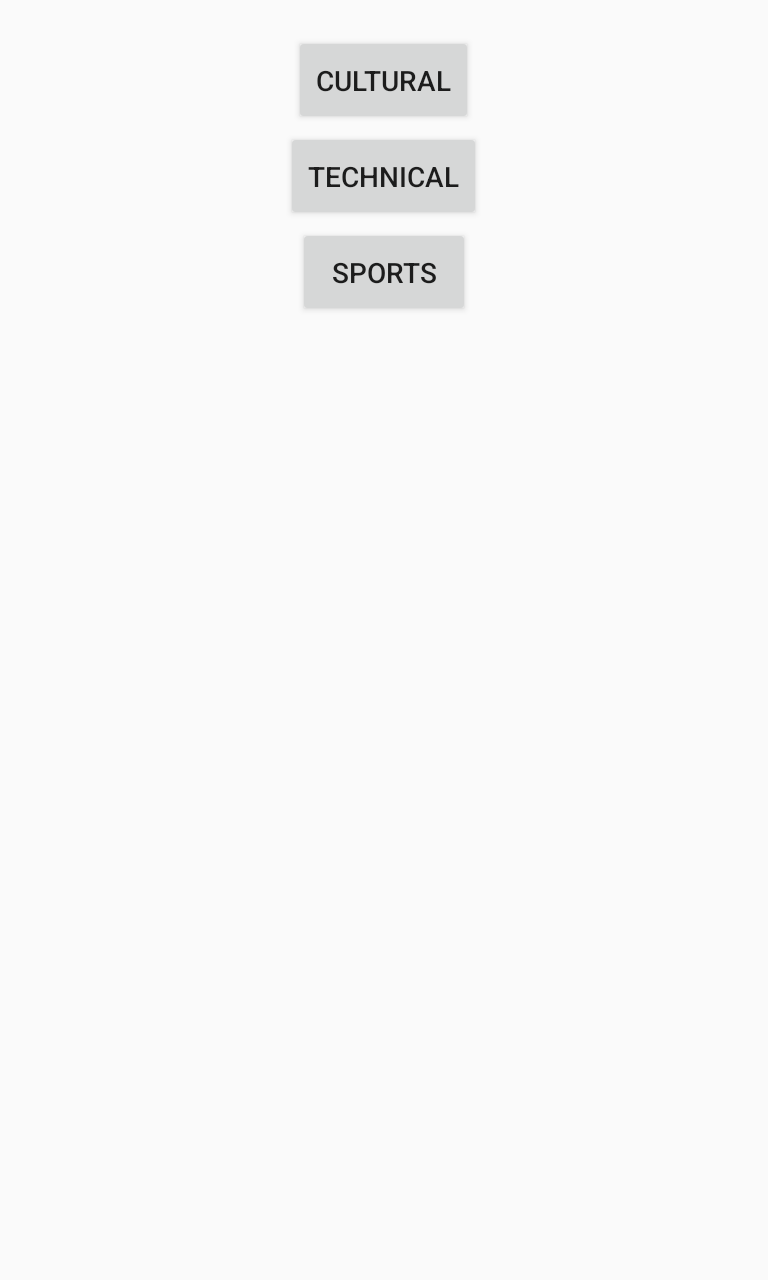
Repository: Attaphon1996/Engineering-Stuff
Layout: OSource/Android Play/Android_Projects/YASH15.0/res/layout/day3.xml
These files come from the project's save history. The layout is drawn as it stood at one moment and after the next save; the edit follows.
It is drawn on a 768 x 1280 px phone screen (xhdpi) without system bars, with theme AppTheme; the app's code is not run.

Above is the layout before, as saved 2015-02-08 18:52:42.

### OSource/Android Play/Android_Projects/YASH15.0/res/layout/day3.xml
<?xml version="1.0" encoding="utf-8"?>
<LinearLayout xmlns:android="http://schemas.android.com/apk/res/android"
    android:layout_width="match_parent"
    android:layout_height="match_parent"
    android:orientation="vertical"
    android:paddingBottom="@dimen/activity_vertical_margin"
    android:paddingLeft="@dimen/activity_horizontal_margin"
    android:paddingRight="@dimen/activity_horizontal_margin"
    android:paddingTop="@dimen/activity_vertical_margin">

    <Button
        android:id="@+id/day3_cultural"
        android:layout_width="wrap_content"
        android:layout_height="wrap_content"
        android:text="@string/cultural"
        android:layout_gravity="center" />

    <Button
        android:id="@+id/day3_technical"
        android:layout_width="wrap_content"
        android:layout_height="wrap_content"
        android:text="@string/technical"
        android:layout_gravity="center" />

    <Button
        android:id="@+id/day3_sports"
        android:layout_width="wrap_content"
        android:layout_height="wrap_content"
        android:text="@string/sports"
        android:layout_gravity="center" />

</LinearLayout>

### OSource/Android Play/Android_Projects/YASH15.0/res/values/strings.xml
<?xml version="1.0" encoding="utf-8"?>
<resources>

    <string name="app_name">YASH 15.0</string>
    <string name="hello_world">Hello world!</string>
    <string name="action_settings">Settings</string>
    <string name="day0">15TH Feb</string>
    <string name="day1">16th Feb</string>
    <string name="day2">17th Feb</string>
    <string name="day3">18th Feb</string>
    <string name="day4">19th Feb</string>
    <string name="day5">20th Feb</string>
    <string name="day6">21st Feb</string>
    <string name="technical">Technical</string>
    <string name="cultural">Cultural</string>
    <string name="sports">Sports</string>
    <string name="doty">DOTY</string>
    <string name="tshirt">T-SHIRT PRINTING</string>
    <string name="internet">INTERNET QUEST</string>
    <string name="layout">LAYOUT PLANNING</string>
    <string name="chess">CHESS</string>
    <string name="carrom">CARROM</string>


</resources>

Loaded but not shown: OSource/Android Play/Android_Projects/YASH15.0/res/values/styles.xml (common file); OSource/Android Play/Android_Projects/YASH15.0/res/values-v11/styles.xml (common file); OSource/Android Play/Android_Projects/YASH15.0/res/values-v14/styles.xml (common file); OSource/Android Play/Android_Projects/YASH15.0/res/values/dimens.xml (common file); OSource/Android Play/Android_Projects/YASH15.0/res/values-w820dp/dimens.xml (common file)

After the next save:
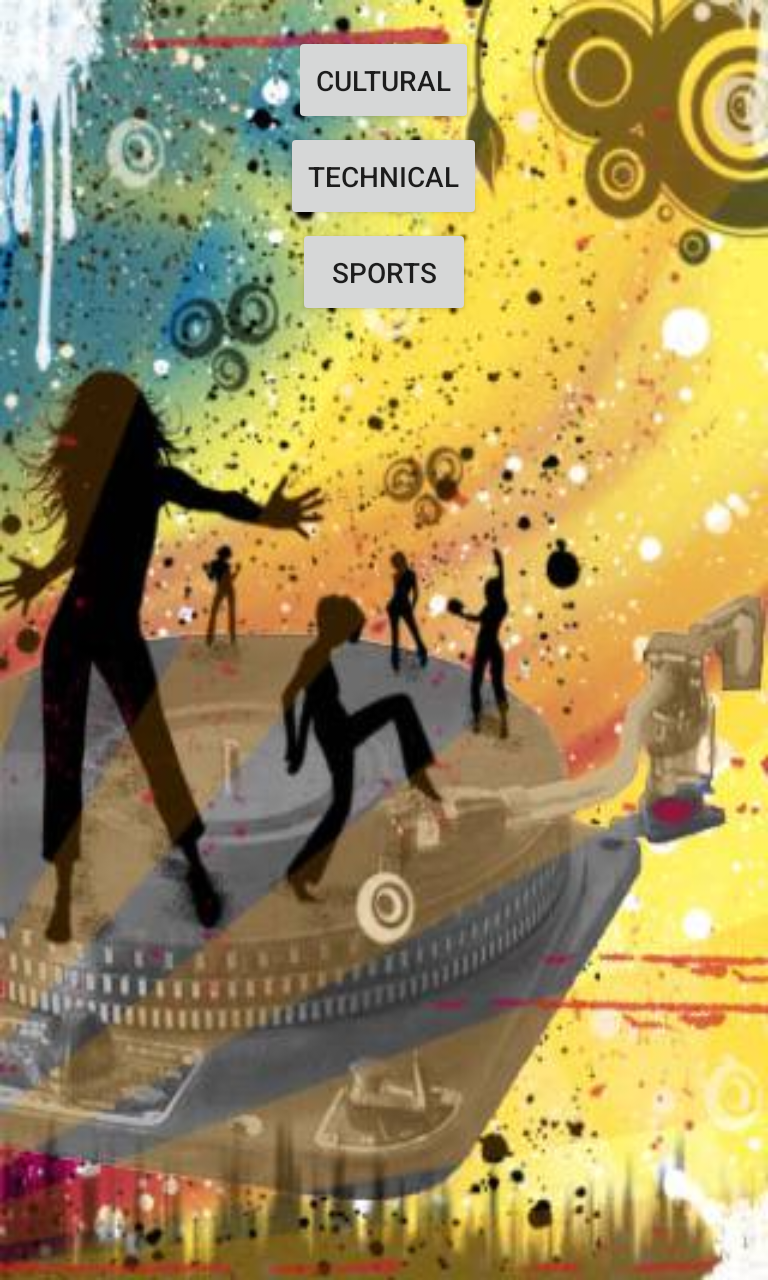
Saved 33 s later.
--- a/OSource/Android Play/Android_Projects/YASH15.0/res/layout/day3.xml
+++ b/OSource/Android Play/Android_Projects/YASH15.0/res/layout/day3.xml
@@ -6,7 +6,8 @@
     android:paddingBottom="@dimen/activity_vertical_margin"
     android:paddingLeft="@dimen/activity_horizontal_margin"
     android:paddingRight="@dimen/activity_horizontal_margin"
-    android:paddingTop="@dimen/activity_vertical_margin">
+    android:paddingTop="@dimen/activity_vertical_margin"
+    android:background="@drawable/mad">
 
     <Button
         android:id="@+id/day3_cultural"
